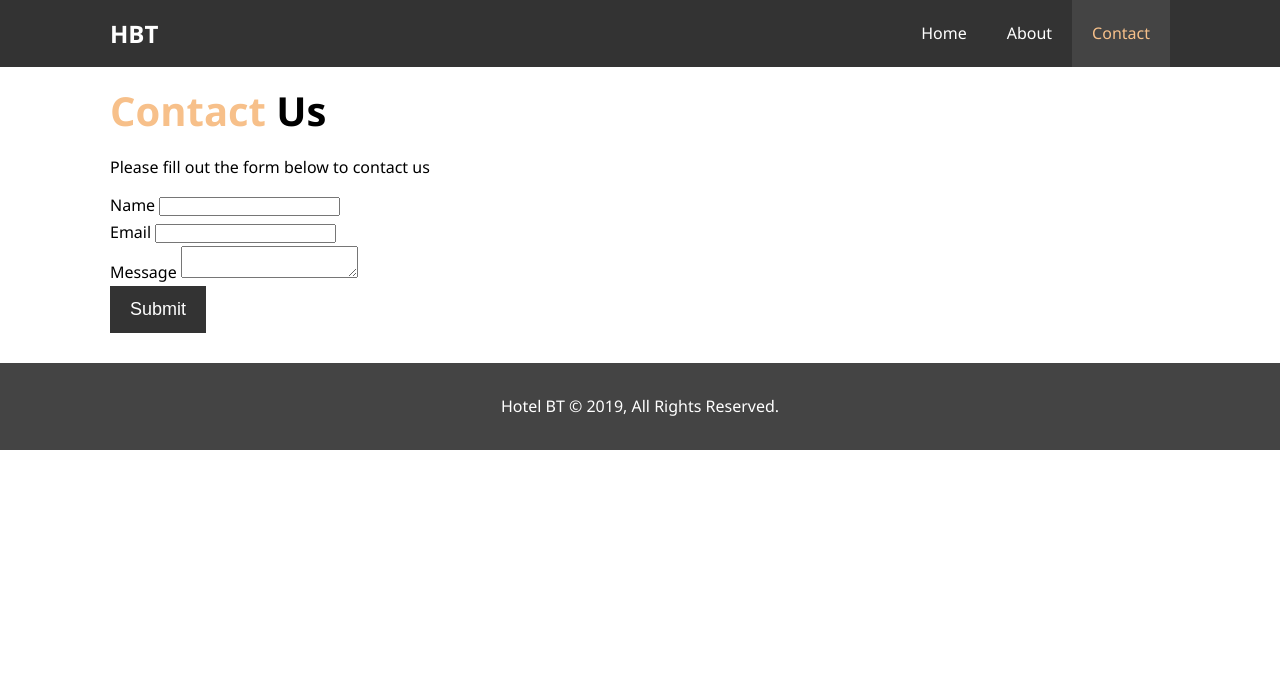
Repository: minhtien9/hotel-website
Page: contact.html
The author's editor kept a copy of each file at every save. The page is drawn from the files as they stood at one save, then again after the next save.
The browser window is 1280 px wide. The pictures show the whole page.

Above is the page before, as saved 2021-08-14 18:55:06.

After the next save:
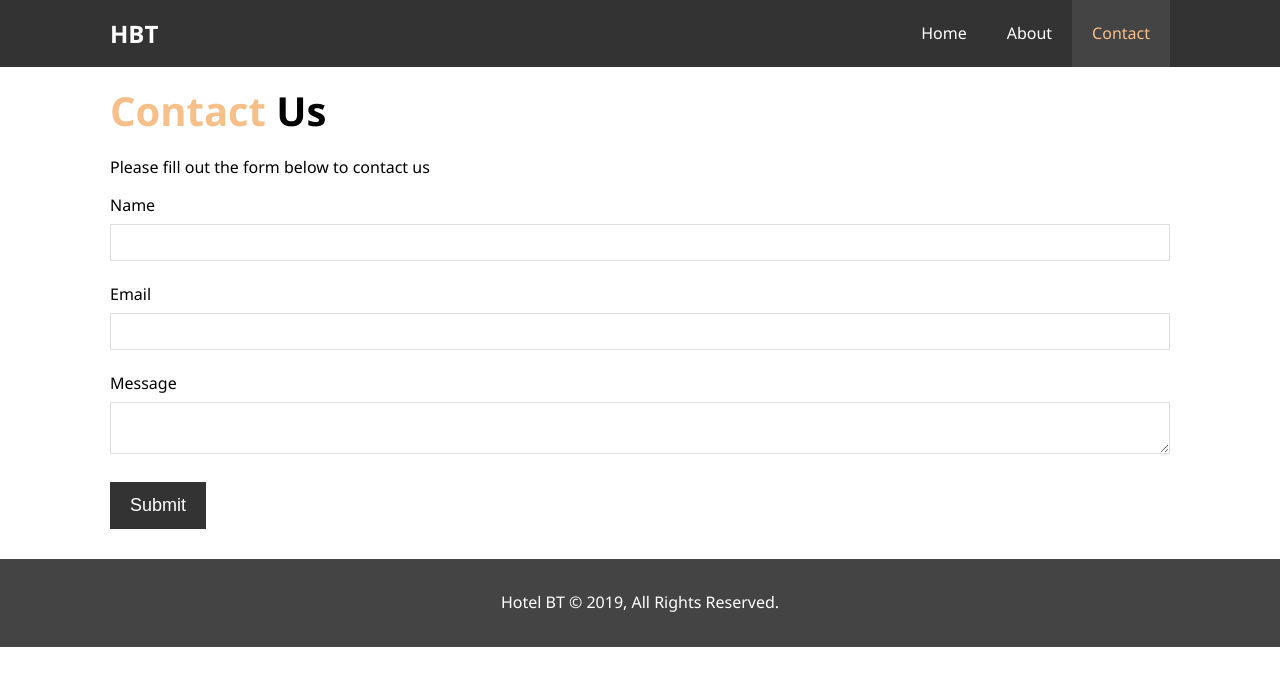
Saved 116 s later.
--- a/css/style.css
+++ b/css/style.css
@@ -262,6 +262,25 @@ p {
 }
 
 
+/* Contact form */
+
+#contact-form .form-group {
+    margin-bottom: 20px;
+}
+
+#contact-form label {
+    display: block;
+    margin-bottom: 5px;
+}
+
+#contact-form input,
+#contact-form textarea {
+    width: 100%;
+    padding: 10px;
+    border: 1px #ddd solid;
+}
+
+
 /* Footer */
 
 #main-footer {
